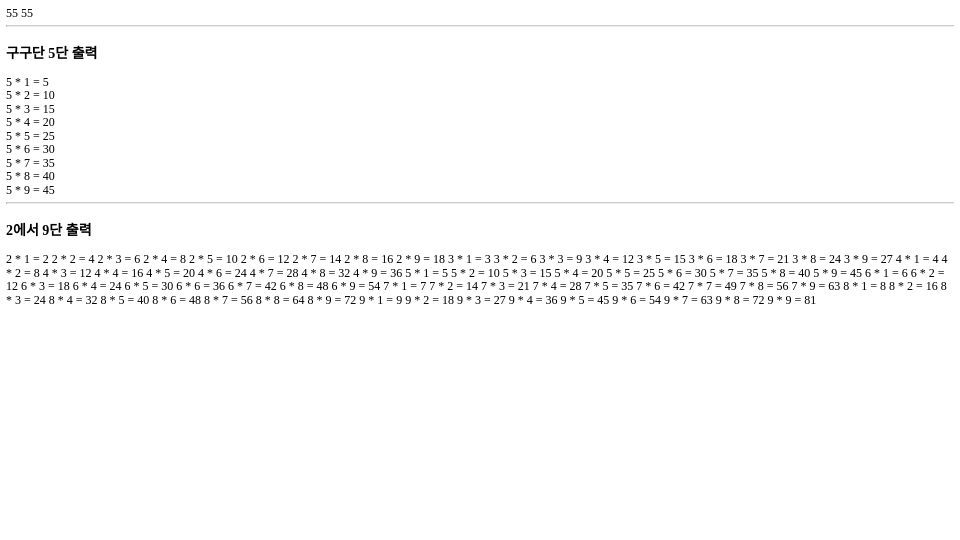
Repository: Muji1412/JSPstudy
Page: http://localhost/JSPbasic/jstl/jtsl_foreach.jsp
The author's editor kept a copy of each file at every save. The page is drawn from the files as they stood at one save, then again after the next save.
The browser window is 1280 px wide. The pictures show the whole page, at 75% of full size.
The page is served by Tomcat 9. Nobody is signed in. The application's start-up code is not run.

Above is the page before, as saved 2025-02-24 03:22:53.

After the next save:
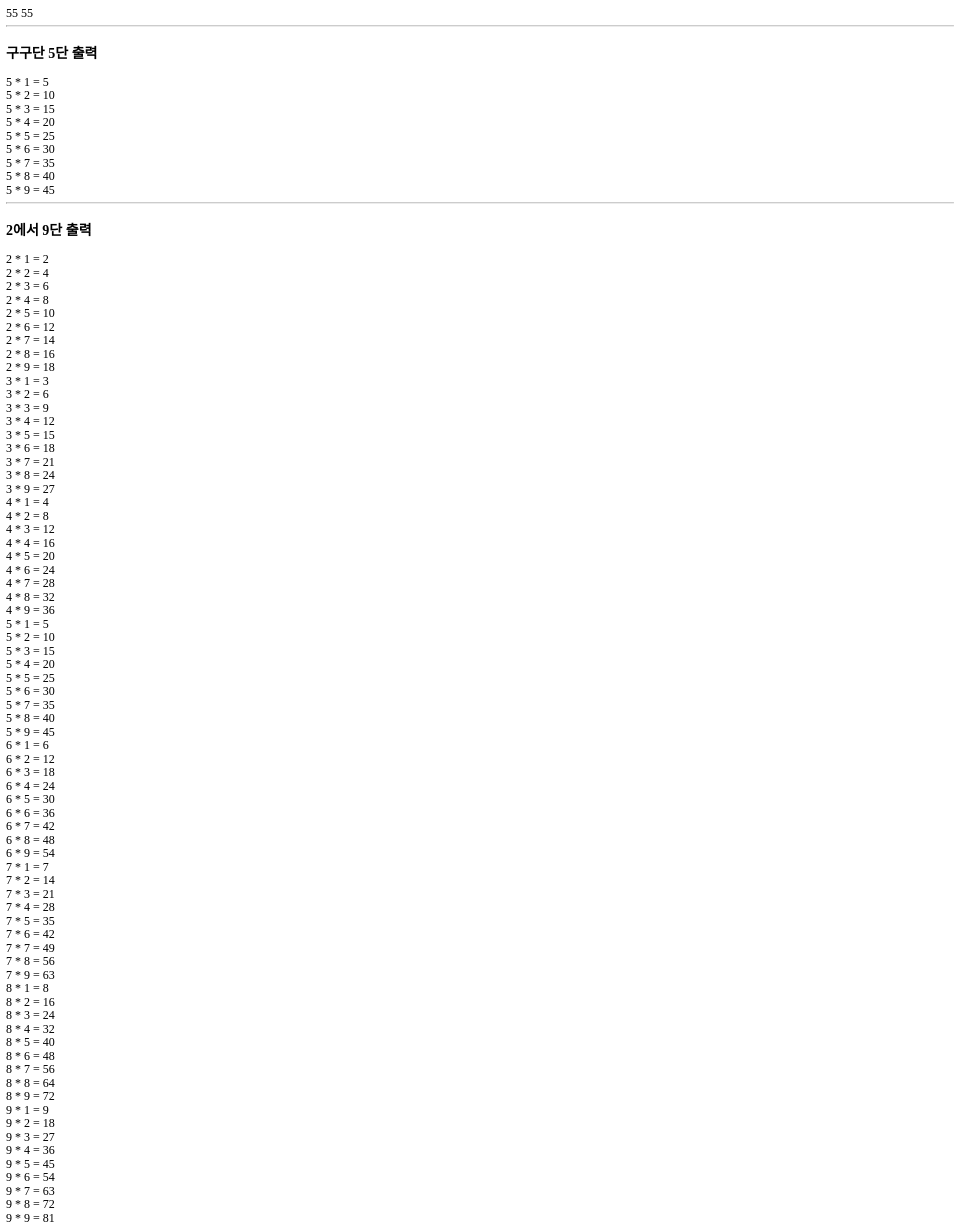
Saved 6 s later.
--- a/workspace/JSPbasic/src/main/webapp/jstl/jtsl_foreach.jsp
+++ b/workspace/JSPbasic/src/main/webapp/jstl/jtsl_foreach.jsp
@@ -48,7 +48,7 @@
 		 *
 		<c:out value = "${j }"/>
 		 =
-		<c:out value="${i*j }"></c:out>
+		<c:out value="${i*j }"></c:out> <br>
 
 	</c:forEach>
 </c:forEach>
